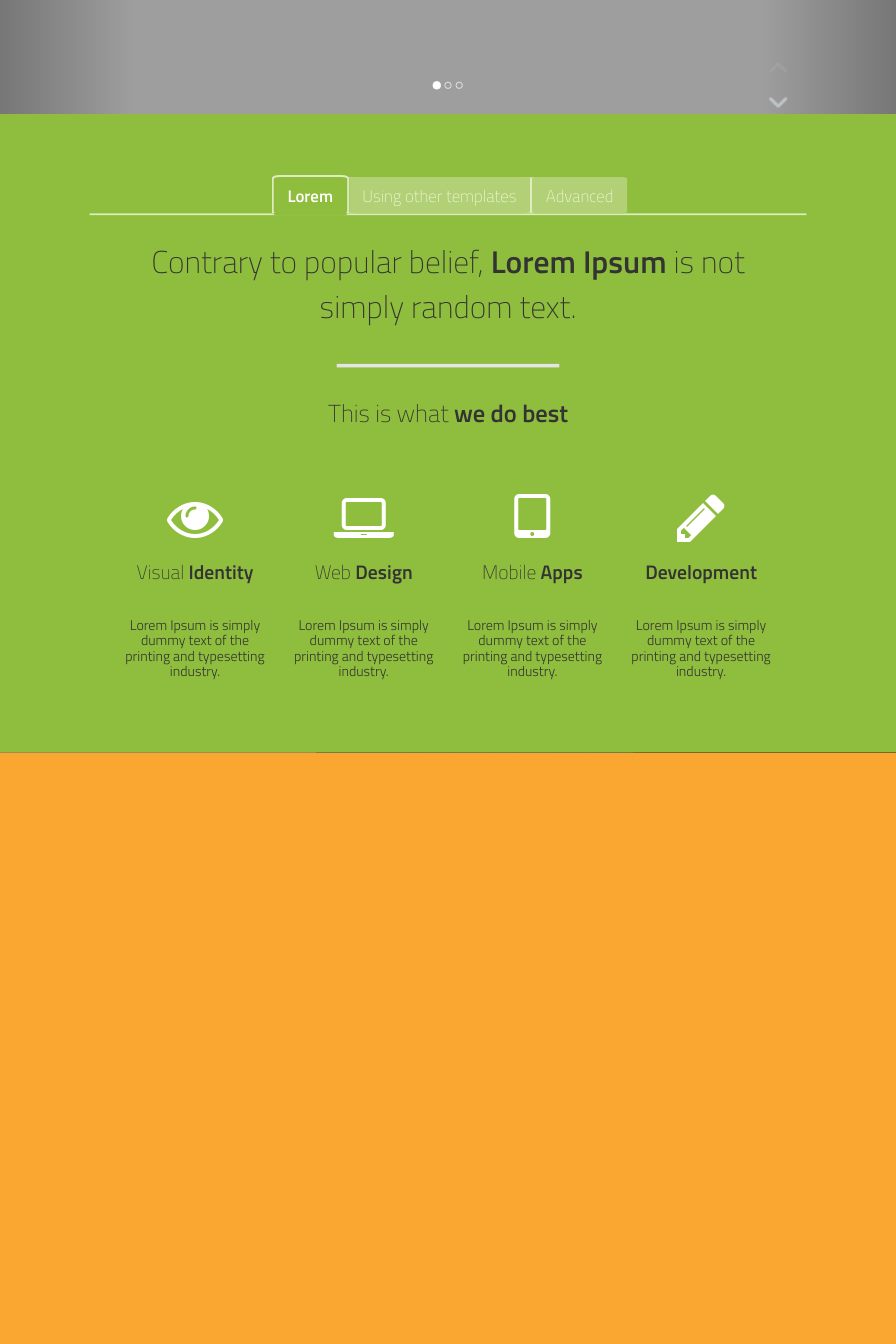
Repository: maticrepse/GibajInZmagaj
Page: index.html
The author's editor kept a record of every edit. The page is drawn from the files as they stood at one moment, then again after the next edit.
The browser window is 1280 px wide. The pictures show the part of the page from y = 487 to 2407 px (the page is 6221 px tall before and 6228 px after), at 70% of full size.

Above is the page before.

### index.html
<!doctype html>
<html>
<head lang="en">
	<meta charset="utf-8">
	<meta name="viewport" content="width=device-width, initial-scale=1, maximum-scale=1, user-scalable=no">

	<title>Gibaj in zmagaj!</title>
	<meta name="description" content="BlackTie.co - Free Handsome Bootstrap Themes" />
	<meta name="keywords" content="themes, bootstrap, free, templates, bootstrap 3, freebie,">
	<meta property="og:title" content="">

	<link rel="stylesheet" type="text/css" href="css/bootstrap.min.css">
	<link rel="stylesheet" href="fancybox/jquery.fancybox-v=2.1.5.css" type="text/css" media="screen">
    <link rel="stylesheet" href="css/font-awesome.min.css" rel="stylesheet">

	<link rel="stylesheet" type="text/css" href="css/style.css">
	<link href="css/styles.css" rel="stylesheet">
	<link href="css/tabcontent.css" rel="stylesheet" type="text/css" />
<script src="js/tabcontent.js" type="text/javascript"></script>
	<link href='https://fonts.googleapis.com/css?family=Titillium+Web:400,600,300,200&subset=latin,latin-ext' rel='stylesheet' type='text/css'>



	<link rel="prefetch" href="images/zoom.png">
</head>

<body>
	<header class="masthead">
	<div class="slide story" id="slide-1" data-slide="1">


  	<!-- Carousel
    ================================================== -->
    <div id="myCarousel" class="carousel slide">
      <!-- Indicators -->
      <ol class="carousel-indicators">
        <li data-target="#myCarousel" data-slide-to="0" class="active"></li>
        <li data-target="#myCarousel" data-slide-to="1"></li>
        <li data-target="#myCarousel" data-slide-to="2"></li>
      </ol>
      <div class="carousel-inner">
        <div class="item active">
          <img class="img" id="otroci1">

        </div>
        <div class="item">
          <img class="img" id="otroci2">

        </div>
        <div class="item">
          <img class="img" id="otroci3">

        </div>
      </div><!-- /.carousel-inner -->
      <div class="logo"><img src="images/manjLogo.png" id="logoSlika"></img></div>
      <!-- Controls -->
      <a class="left carousel-control" href="#myCarousel" data-slide="prev" id="previous" onclick="izpisNazaj()">
        <span class="glyphicon glyphicon-chevron-left"></span>
      </a>
      <a class="right carousel-control" href="#myCarousel" data-slide="next" id="next" onclick="izpis()">
        <span class="glyphicon glyphicon-chevron-right"></span>
      </a>
    </div>
    <!-- /.carousel -->

</div><!-- /slide1 -->
</header>

	<div class="navbar navbar-fixed-top" data-activeslide="1">
	<!--div class="navbar navbar-fixed-top" data-activeslide="1"-->
		<div class="container" id="penus">

			<!-- .navbar-toggle is used as the toggle for collapsed navbar content -->
			<button type="button" class="navbar-toggle" data-toggle="collapse" data-target=".navbar-responsive-collapse">
				<span class="icon-bar"></span>
				<span class="icon-bar"></span>
				<span class="icon-bar"></span>
			</button>


			<div class="nav-collapse collapse navbar-responsive-collapse">
				<ul class="nav row" >
					<li data-slide="1" class="col-12 col-sm-2"><a id="menu-link-1" href="#slide-1" title="Next Section"><span class="icon icon-home"></span> <span class="text">DOMOV</span></a></li>
					<li data-slide="2" class="col-12 col-sm-2"><a id="menu-link-2" href="#slide-2" title="Next Section"><span class="icon icon-fire"></span> <span class="text">TABOR</span></a></li>
					<li data-slide="3" class="col-12 col-sm-2"><a id="menu-link-3" href="#slide-3" title="Next Section"><span class="icon icon-heart"></span> <span class="text">ZDRAVJE</span></a></li>
					<li data-slide="4" class="col-12 col-sm-2"><a id="menu-link-4" href="#slide-4" title="Next Section"><span class="icon icon-info-sign"></span> <span class="text">DRUŠTVO</span></a></li>
					<li data-slide="5" class="col-12 col-sm-2"><a id="menu-link-5" href="#slide-5" title="Next Section"><span class="icon icon-envelope"></span> <span class="text">KONTAKT</span></a></li>
					<!--li data-slide="6" class="col-12 col-sm-2"><a id="menu-link-6" href="#slide-6" title="Next Section"><span class="icon icon-envelope"></span> <span class="text">CONTACT</span></a></li-->
				</ul>
				<div class="row">
					<div class="col-sm-2 active-menu"></div>
				</div>
			</div><!-- /.nav-collapse -->
		</div><!-- /.container -->
	</div><!-- /.navbar -->


	<!-- === Arrows === -->
	<div id="arrows">
		<div id="arrow-up" class="disabled"></div>
		<div id="arrow-down"></div>
		<!--div id="arrow-left" class="disabled visible-lg"></div>
		<div id="arrow-right" class="disabled visible-lg"></div-->
	</div><!-- /.arrows -->


	<!-- === MAIN Background === -->
			<!--div id="home-row-1" class="row clearfix">
				<div class="col-12">
					<h1 class="font-semibold">MUNTER <span class="font-thin">DESIGN</span></h1>
					<h4 class="font-thin">We are an <span class="font-semibold">independent interactive agency</span> based in London.</h4>
					<br>
					<br>
				</div><!-- /col-12 -->
			<!--/div><!-- /row -->
			<!--div id="home-row-2" class="row clearfix">
				<div class="col-12 col-sm-4"><div class="home-hover navigation-slide" data-slide="4"><img src="images/s02.png"></div><span>PROFESSIONAL</span></div>
				<div class="col-12 col-sm-4"><div class="home-hover navigation-slide" data-slide="3"><img src="images/s01.png"></div><span>FRIENDLY</span></div>
				<div class="col-12 col-sm-4"><div class="home-hover navigation-slide" data-slide="5"><img src="images/s03.png"></div><span>SUITABLE</span></div>
			</div><!-- /row -->


	<!-- === Slide 2 === -->
	<div class="slide story" id="slide-2" data-slide="2">

		<div class="container" id="drugi">
  			<ul class="tabs" data-persist="true">
            <li><a href="#view1">Lorem</a></li>
            <li><a href="#view2">Using other templates</a></li>
            <li><a href="#view3">Advanced</a></li>
        </ul>
        <div class="tabcontents">
            <div id="view1">
                <div class="row title-row">
				<div class="col-12 font-thin">Contrary to popular belief, <span class="font-semibold">Lorem Ipsum</span> is not simply random text.</div>
			</div><!-- /row -->
			<div class="row line-row">
				<div class="hr">&nbsp;</div>
			</div><!-- /row -->
			<div class="row subtitle-row">
				<div class="col-12 font-thin">This is what <span class="font-semibold">we do best</span></div>
			</div><!-- /row -->
			<div class="row content-row">
				<div class="col-12 col-lg-3 col-sm-6">
					<p><i class="icon icon-eye-open"></i></p>
					<h2 class="font-thin">Visual <span class="font-semibold">Identity</span></h2>
					<h4 class="font-thin">Lorem Ipsum is simply dummy text of the printing and typesetting industry.</h4>
				</div><!-- /col12 -->
				<div class="col-12 col-lg-3 col-sm-6">
					<p><i class="icon icon-laptop"></i></p>
					<h2 class="font-thin">Web <span class="font-semibold">Design</span></h2>
					<h4 class="font-thin">Lorem Ipsum is simply dummy text of the printing and typesetting industry.</h4>
				</div><!-- /col12 -->
				<div class="col-12 col-lg-3 col-sm-6">
					<p><i class="icon icon-tablet"></i></p>
					<h2 class="font-thin">Mobile <span class="font-semibold">Apps</span></h2>
					<h4 class="font-thin">Lorem Ipsum is simply dummy text of the printing and typesetting industry.</h4>
				</div><!-- /col12 -->
				<div class="col-12 col-lg-3 col-sm-6">
					<p><i class="icon icon-pencil"></i></p>
					<h2 class="font-semibold">Development</h2>
					<h4 class="font-thin">Lorem Ipsum is simply dummy text of the printing and typesetting industry.</h4>
				</div><!-- /col12 -->
			</div><!-- /row -->
            </div>
            <div id="view2">
                <b>Switch to other templates</b>
                <p>Open this page with Notepad, and update the CSS link to:</P>
                <p>template1 ~ 6.</p>
            </div>
            <div id="view3">
                <b>Advanced</b>
                <p>If you expect a more feature-rich version of the tabber, you can use the advanced version of the script,
                    <a href="http://www.menucool.com/jquery-tabs">McTabs - jQuery Tabs</a>:</p>
                <ul>
                    <li>URL support: a hash id in the URL can select a tab</li>
                    <li>Bookmark support: select a tab via bookmark anchor</li>
                    <li>Select tabs by mouse over</li>
                    <li>Auto advance</li>
                    <li>Smooth transitional effect</li>
                    <li>Content can retrieved from other documents or pages through Ajax</li>
                    <li>... and more</li>
                </ul>
            </div>
        </div>

			<!--div class="row title-row">
				<div class="col-12 font-thin">Contrary to popular belief, <span class="font-semibold">Lorem Ipsum</span> is not simply random text.</div>
			</div><!-- /row -->
			<!--div class="row line-row">
				<div class="hr">&nbsp;</div>
			</div><!-- /row -->
			<!--div class="row subtitle-row">
				<div class="col-12 font-thin">This is what <span class="font-semibold">we do best</span></div>
			</div><!-- /row -->
			<!--div class="row content-row">
				<div class="col-12 col-lg-3 col-sm-6">
					<p><i class="icon icon-eye-open"></i></p>
					<h2 class="font-thin">Visual <span class="font-semibold">Identity</span></h2>
					<h4 class="font-thin">Lorem Ipsum is simply dummy text of the printing and typesetting industry.</h4>
				</div><!-- /col12 -->
				<!--div class="col-12 col-lg-3 col-sm-6">
					<p><i class="icon icon-laptop"></i></p>
					<h2 class="font-thin">Web <span class="font-semibold">Design</span></h2>
					<h4 class="font-thin">Lorem Ipsum is simply dummy text of the printing and typesetting industry.</h4>
				</div><!-- /col12 -->
				<!--div class="col-12 col-lg-3 col-sm-6">
					<p><i class="icon icon-tablet"></i></p>
					<h2 class="font-thin">Mobile <span class="font-semibold">Apps</span></h2>
					<h4 class="font-thin">Lorem Ipsum is simply dummy text of the printing and typesetting industry.</h4>
				</div><!-- /col12 -->
				<!--div class="col-12 col-lg-3 col-sm-6">
					<p><i class="icon icon-pencil"></i></p>
					<h2 class="font-semibold">Development</h2>
					<h4 class="font-thin">Lorem Ipsum is simply dummy text of the printing and typesetting industry.</h4>
				</div><!-- /col12 -->
			<!--/div><!-- /row -->
		</div><!-- /container -->
	</div><!-- /slide2 -->

	<!-- === SLide 3 - Portfolio -->
	<div class="slide story" id="slide-3" data-slide="3" >
		<div class="row">
			<div class="col-12 col-sm-6 col-lg-2"><a data-fancybox-group="portfolio" class="fancybox" href="images/portfolio/p01-large.jpg"><img class="thumb" src="images/portfolio/p01-small.jpg" alt=""></a></div>
			<div class="col-12 col-sm-6 col-lg-2"><a data-fancybox-group="portfolio" class="fancybox" href="images/portfolio/p02-large.jpg"><img class="thumb" src="images/portfolio/p02-small.jpg" alt=""></a></div>
			<div class="col-12 col-sm-6 col-lg-2"><a data-fancybox-group="portfolio" class="fancybox" href="images/portfolio/p09-large.jpg"><img class="thumb" src="images/portfolio/p09-small.jpg" alt=""></a></div>
			<div class="col-12 col-sm-6 col-lg-2"><a data-fancybox-group="portfolio" class="fancybox" href="images/portfolio/p10-large.jpg"><img class="thumb" src="images/portfolio/p10-small.jpg" alt=""></a></div>
			<div class="col-12 col-sm-6 col-lg-2"><a data-fancybox-group="portfolio" class="fancybox" href="images/portfolio/p05-large.jpg"><img class="thumb" src="images/portfolio/p05-small.jpg" alt=""></a></div>
			<div class="col-12 col-sm-6 col-lg-2"><a data-fancybox-group="portfolio" class="fancybox" href="images/portfolio/p06-large.jpg"><img class="thumb" src="images/portfolio/p06-small.jpg" alt=""></a></div>
			<div class="col-12 col-sm-6 col-lg-2"><a data-fancybox-group="portfolio" class="fancybox" href="images/portfolio/p07-large.jpg"><img class="thumb" src="images/portfolio/p07-small.jpg" alt=""></a></div>
			<div class="col-12 col-sm-6 col-lg-2"><a data-fancybox-group="portfolio" class="fancybox" href="images/portfolio/p08-large.jpg"><img class="thumb" src="images/portfolio/p08-small.jpg" alt=""></a></div>
			<div class="col-12 col-sm-6 col-lg-2"><a data-fancybox-group="portfolio" class="fancybox" href="images/portfolio/p03-large.jpg"><img class="thumb" src="images/portfolio/p03-small.jpg" alt=""></a></div>
			<div class="col-12 col-sm-6 col-lg-2"><a data-fancybox-group="portfolio" class="fancybox" href="images/portfolio/p04-large.jpg"><img class="thumb" src="images/portfolio/p04-small.jpg" alt=""></a></div>
			<div class="col-12 col-sm-6 col-lg-2"><a data-fancybox-group="portfolio" class="fancybox" href="images/portfolio/p11-large.jpg"><img class="thumb" src="images/portfolio/p11-small.jpg" alt=""></a></div>
			<div class="col-12 col-sm-6 col-lg-2"><a data-fancybox-group="portfolio" class="fancybox" href="images/portfolio/p12-large.jpg"><img class="thumb" src="images/portfolio/p12-small.jpg" alt=""></a></div>
		</div><!-- /row -->
		<div id="BUREK"></div>
	</div><!-- /slide3 -->

	<!-- === Slide 4 - Process === -->
	<div class="slide story" id="slide-4" data-slide="4">
		<div class="container">
			<div class="row title-row">
				<div class="col-12 font-thin">See us <span class="font-semibold">at work</span></div>
			</div><!-- /row -->
			<div class="row line-row">
				<div class="hr">&nbsp;</div>
			</div><!-- /row -->
			<div class="row subtitle-row">
				<div class="col-sm-1 hidden-sm">&nbsp;</div>
				<div class="col-12 col-sm-10 font-light">There are many variations of passages of Lorem Ipsum available, but the majority have suffered alteration in some form, by injected humour, or randomised words which don't look even slightly believable.</div>
				<div class="col-sm-1 hidden-sm">&nbsp;</div>
			</div><!-- /row -->
			<div class="row content-row">
				<div class="col-sm-1 hidden-sm">&nbsp;</div>
				<div class="col-12 col-sm-2">
					<p><i class="icon icon-bolt"></i></p>
					<h2 class="font-thin">Listening to<br><span class="font-semibold" >your needs</span></h2>
					<h4 class="font-thin">It is a long established fact that a reader will be distracted by the readable content of a page when looking at its layout.</h4>
				</div><!-- /col12 -->
				<div class="col-12 col-sm-2">
					<p><i class="icon icon-cog"></i></p>
					<h2 class="font-thin">Project<br><span class="font-semibold">discovery</span></h2>
					<h4 class="font-thin">It is a long established fact that a reader will be distracted by the readable content of a page when looking at its layout.</h4>
				</div><!-- /col12 -->
				<div class="col-12 col-sm-2">
					<p><i class="icon icon-cloud"></i></p>
					<h2 class="font-thin">Storming<br><span class="font-semibold">our brains</span></h2>
					<h4 class="font-thin">It is a long established fact that a reader will be distracted by the readable content of a page when looking at its layout.</h4>
				</div><!-- /col12 -->
				<div class="col-12 col-sm-2">
					<p><i class="icon icon-map-marker"></i></p>
					<h2 class="font-thin">Getting<br><span class="font-semibold">there</span></h2>
					<h4 class="font-thin">It is a long established fact that a reader will be distracted by the readable content of a page when looking at its layout.</h4>
				</div><!-- /col12 -->
				<div class="col-12 col-sm-2">
					<p><i class="icon icon-gift"></i></p>
					<h2 class="font-thin">Delivering<br><span class="font-semibold">the product</span></h2>
					<h4 class="font-thin">It is a long established fact that a reader will be distracted by the readable content of a page when looking at its layout.</h4>
				</div><!-- /col12 -->
				<div class="col-sm-1 hidden-sm">&nbsp;</div>
			</div><!-- /row -->
		</div><!-- /container -->
	</div><!-- /slide4 -->

	<!-- === Slide 5 === -->
	<div class="slide story" id="slide-5" data-slide="5">
		<div class="container">
			<div class="row title-row">
				<div class="col-12 font-thin"><span class="font-semibold">Clients</span> we’ve worked with</div>
			</div><!-- /row -->
			<div class="row line-row">
				<div class="hr">&nbsp;</div>
			</div><!-- /row -->
			<div class="row subtitle-row">
				<div class="col-sm-1 hidden-sm">&nbsp;</div>
				<div class="col-12 col-sm-10 font-light">Contrary to popular belief, Lorem Ipsum is not simply random text. It has roots in a piece of classical Latin literature from 45 BC, making it over 2000 years old. <br/><br/> The standard chunk of Lorem Ipsum used since the 1500s is reproduced below for those interested. Sections 1.10.32 and 1.10.33 from "de Finibus Bonorum et Malorum" by Cicero.</div>
				<div class="col-sm-1 hidden-sm">&nbsp;</div>
			</div><!-- /row -->
			<div class="row content-row">
				<div class="col-1 col-sm-1 hidden-sm">&nbsp;</div>
				<div class="col-12 col-sm-2"><img src="images/najmanjLogo.png" alt=""></div>
				<div class="col-12 col-sm-2"><img src="images/client02.png" alt=""></div>
				<div class="col-12 col-sm-2"><img src="images/client03.png" alt=""></div>
				<div class="col-12 col-sm-2"><img src="images/client04.png" alt=""></div>
				<div class="col-12 col-sm-2"><img src="images/client05.png" alt=""></div>
				<div class="col-1 col-sm-1 hidden-sm">&nbsp;</div>
			</div><!-- /row -->
		</div><!-- /container -->
	</div><!-- /slide5 -->

	<!-- === Slide 6 / Contact === -->
	<!--div class="slide story" id="slide-6" data-slide="6">
		<div class="container">
			<div class="row title-row">
				<div class="col-12 font-light">Leave us a <span class="font-semibold">message</span></div>
			</div><!-- /row -->
			<!--div class="row line-row">
				<div class="hr">&nbsp;</div>
			</div><!-- /row -->
			<!--div class="row subtitle-row">
				<div class="col-sm-1 hidden-sm">&nbsp;</div>
				<div class="col-12 col-sm-10 font-light">You can find us literally anywhere, just push a button and we’re there</div>
				<div class="col-sm-1 hidden-sm">&nbsp;</div>
			</div><!-- /row -->
			<!--div id="contact-row-4" class="row">
				<div class="col-sm-1 hidden-sm">&nbsp;</div>
				<div class="col-12 col-sm-2 with-hover-text">
					<p><a target="_blank" href="#"><i class="icon icon-phone"></i></a></p>
					<span class="hover-text font-light ">+44 4839-4343</span></a>
				</div><!-- /col12 -->
				<!--div class="col-12 col-sm-2 with-hover-text">
					<p><a target="_blank" href="#"><i class="icon icon-envelope"></i></a></p>
					<span class="hover-text font-light ">munter@blacktie.co</span></a>
				</div><!-- /col12 -->
				<!--div class="col-12 col-sm-2 with-hover-text">
					<p><a target="_blank" href="#"><i class="icon icon-home"></i></a></p>
					<span class="hover-text font-light ">London, England<br>zip code 98443</span></a>
				</div><!-- /col12 -->
				<!--div class="col-12 col-sm-2 with-hover-text">
					<p><a target="_blank" href="#"><i class="icon icon-facebook"></i></a></p>
					<span class="hover-text font-light ">facebook/blacktie_co</span></a>
				</div><!-- /col12 -->
				<!--div class="col-12 col-sm-2 with-hover-text">
					<p><a target="_blank" href="#"><i class="icon icon-twitter"></i></a></p>
					<span class="hover-text font-light ">@BlackTie_co</span></a>
				</div><!-- /col12 -->
				<!--div class="col-sm-1 hidden-sm">&nbsp;</div>
			</div><!-- /row -->
		<!--/div><!-- /container -->
	<!--/div><!-- /Slide 6 --></body>

	<!-- SCRIPTS -->
	<script src="js/html5shiv.js"></script>
	<script src="js/jquery-1.10.2.min.js"></script>
	<script src="js/jquery-migrate-1.2.1.min.js"></script>
	<script src="js/bootstrap.min.js"></script>
	<script src="js/jquery.easing.1.3.js"></script>
	<script type="text/javascript" src="fancybox/jquery.fancybox.pack-v=2.1.5.js"></script>
	<script src="js/script.js"></script>
    <script src="js/moj.js"></script>
	<script src="js/tabcontent.js" type="text/javascript"></script>

	<!-- fancybox init -->
	<script>
	$(document).ready(function(e) {
		var lis = $('.nav > li');
		menu_focus( lis[0], 1 );

		$(".fancybox").fancybox({
			padding: 10,
			helpers: {
				overlay: {
					locked: false
				}
			}
		});
	});
	</script>

</html>

### css/tabcontent.css
/* Tab Content - menucool.com */
ul.tabs
{
    padding: 8px 0;
    font-size: 0;
    margin:0;
    list-style-type: none;
    text-align: center; /*set to left, center, or right to align the tabs as desired*/
    border-bottom: 3px solid #DEEDC0;
    border-radius: 0%;
}

ul.tabs li
{
    display: inline;
    margin: 0;
    margin-right:-4px; /*distance between tabs*/
}

ul.tabs li a
{
    font: normal 24px "Titillium Web", sans-serif;
    font-weight:200;
    text-decoration: none;
    position: relative;
    padding: 8px 20px;
    border-right: 3px solid #DEEDC0;
    border-left: 3px solid #DEEDC0;
    border-radius: 5%;
    color: #F2FAE1;
    background: #B2D076;
    outline:none;
}

ul.tabs li:last-child a
{
    border-right:none;
}
ul.tabs li:first-child a
{
    border-left:none;
}

ul.tabs li a:visited
{
    color: #000;
}

ul.tabs li a:hover
{
    text-decoration: none;
    color:#888;
}

ul.tabs li.selected a, ul.tabs li.selected a:hover
{
    position: relative;
    top: 0px;
    font: normal 24px "Titillium Web", sans-serif;
    font-weight:bold;
    background: #8FBD3D;
    color:White;
    border-top: 3px solid #DEEDC0;
    border-left: 3px solid #DEEDC0;
    border-right: 3px solid #DEEDC0;
    border-bottom: 3px solid #8FBD3D;
    z-index:2;
    border-radius: 10%;
}


ul.tabs li.selected a:hover
{
    text-decoration: none;
}

div.tabcontents
{
    border-top: 3px solid #8FBD3D;
    padding: 30px;
    background-color: #8FBD3D;
}

Loaded but not shown: css/bootstrap.min.css (library); fancybox/jquery.fancybox-v=2.1.5.css (common file); css/font-awesome.min.css (library); js/jquery-1.10.2.min.js (library); js/jquery-migrate-1.2.1.min.js (library); js/bootstrap.min.js (library); js/jquery.easing.1.3.js (library); fancybox/jquery.fancybox.pack-v=2.1.5.js (library); js/html5shiv.js (301 lines, source omitted); js/script.js (387 lines, source omitted); js/tabcontent.js (2 lines, source omitted); js/moj.js (63 lines, source omitted); css/style.css (657 lines, source omitted); css/styles.css (297 lines, source omitted)

After the next edit:
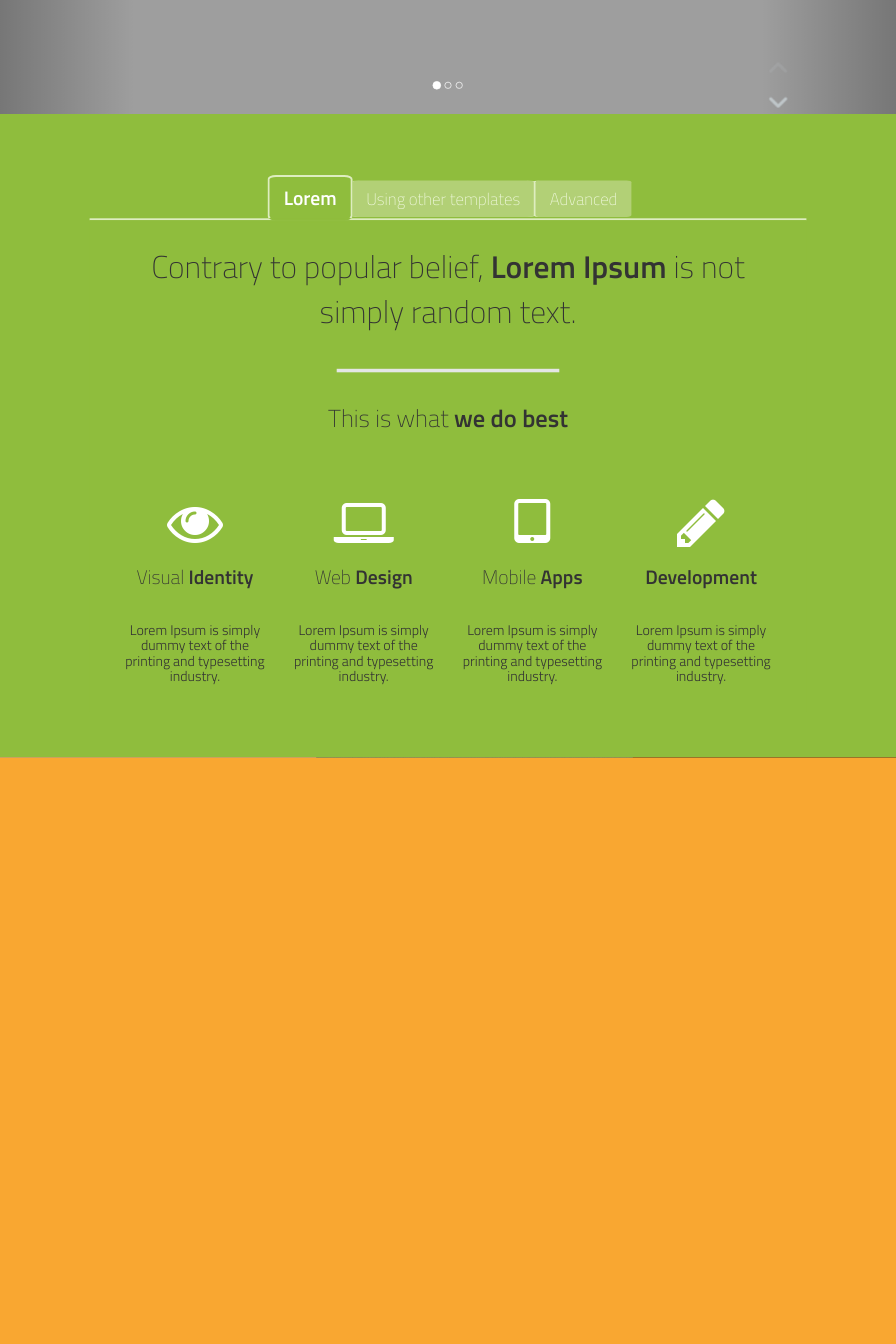
The edit:
--- a/css/tabcontent.css
+++ b/css/tabcontent.css
@@ -56,8 +56,9 @@
 {
     position: relative;
     top: 0px;
-    font: normal 24px "Titillium Web", sans-serif;
-    font-weight:bold;
+    font: normal 28px "Titillium Web", sans-serif;
+    font-weight:600;
+    /*font-weight:bold;*/
     background: #8FBD3D;
     color:White;
     border-top: 3px solid #DEEDC0;
